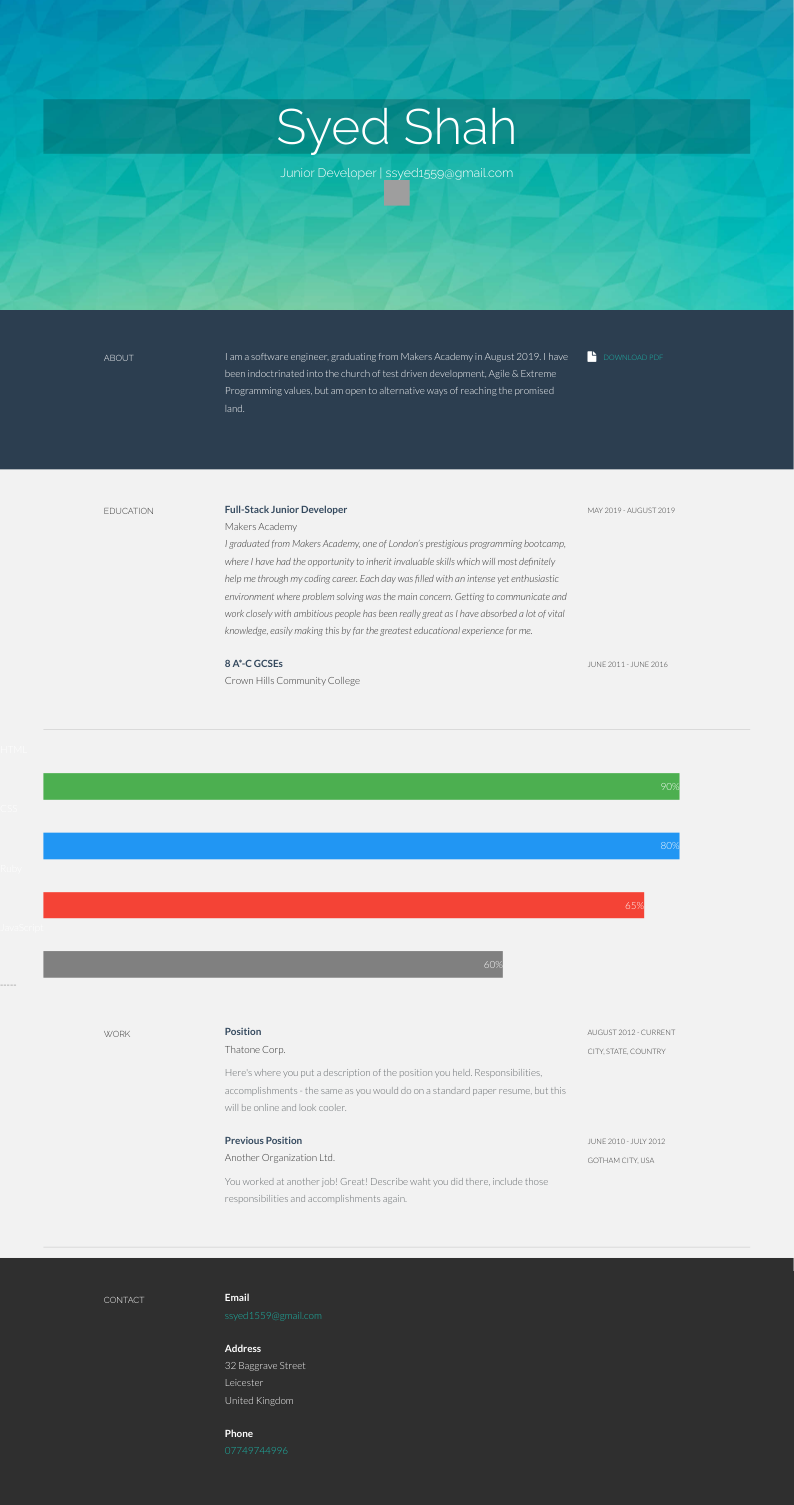
Repository: Syed-A-Shah/Resume
Page: index.html
The author's editor kept a record of every edit. The page is drawn from the files as they stood at one moment, then again after the next edit.
The browser window is 1280 px wide. The pictures show the whole page, at 62% of full size.
Pictures or frames that could not be fetched are drawn as grey boxes.

Above is the page before.

After the next edit:
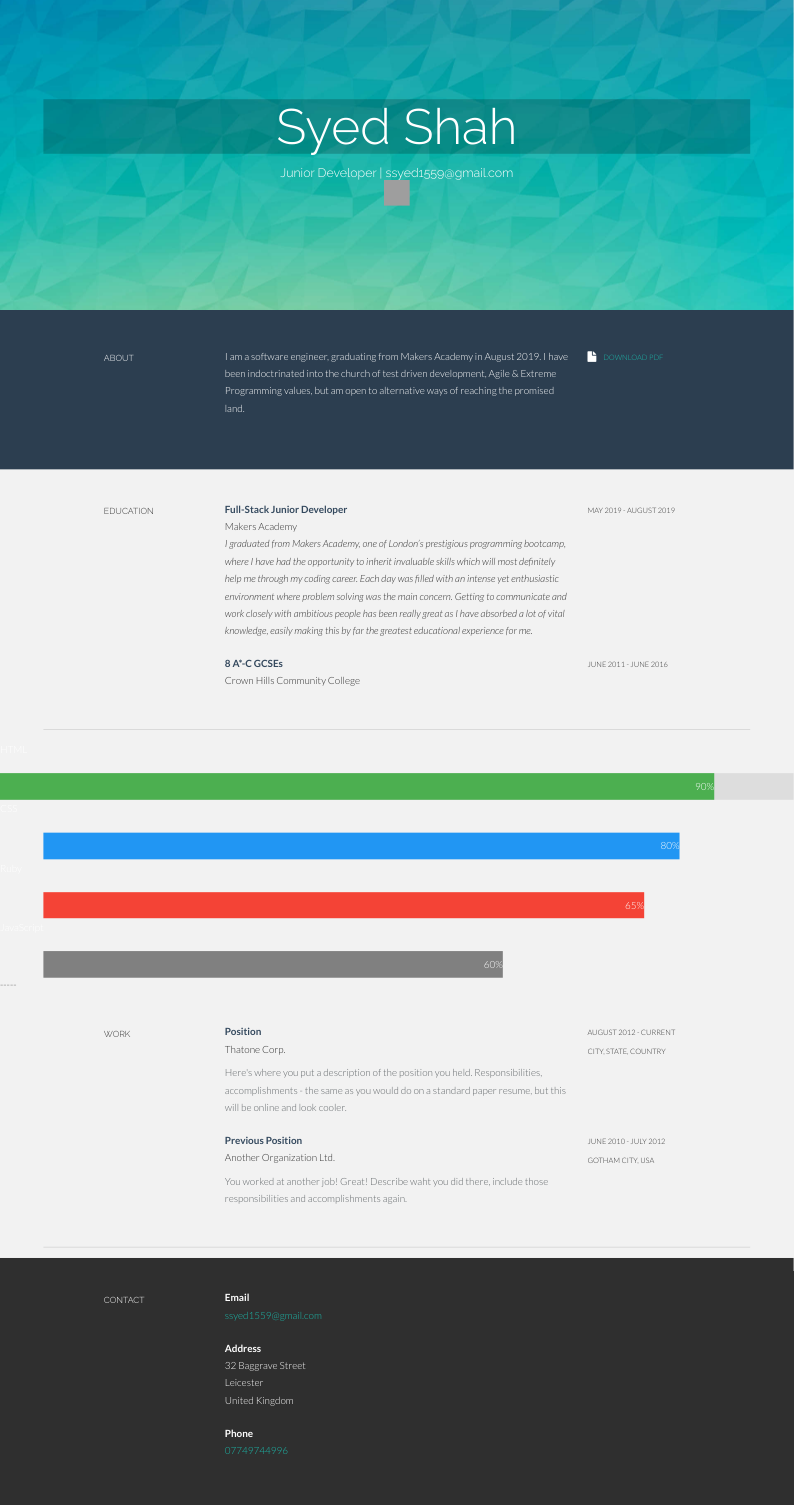
The edit:
--- a/index.html
+++ b/index.html
@@ -108,7 +108,7 @@
 
 	<!-- WORK SECTION -->
 	<p>HTML</p>
-	<div class="container">
+	<div class="container2">
 	  <div class="skills html">90%</div>
 	</div>
 
